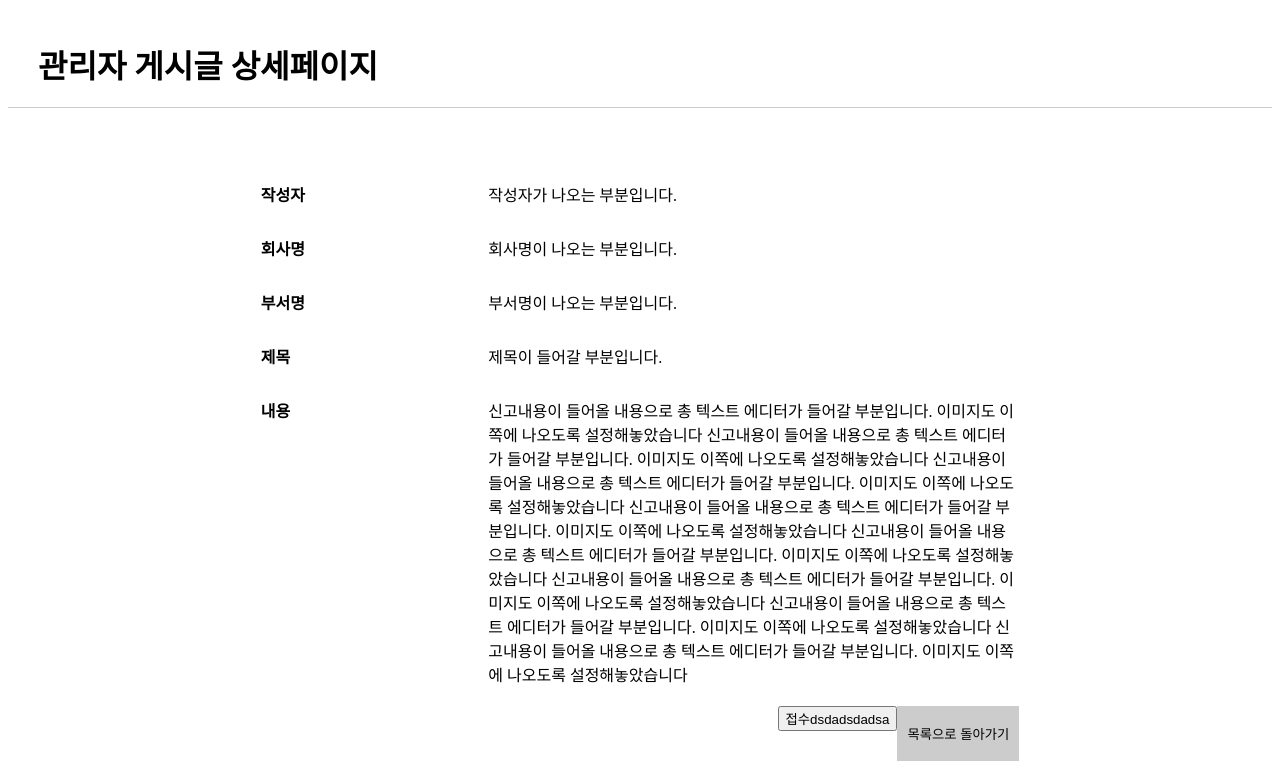
Repository: thdtjdgml415/exVoc
Page: /AdminView/1
The author's editor kept a copy of each file at every save. The page is drawn from the files as they stood at one save, then again after the next save.
The browser window is 1280 px wide. The pictures show the whole page.
The project was rebuilt for these pictures with package versions that can differ from the ones it lists, and the page was loaded fresh each time. Also part of the build but not shown: src/components/table/CommonTable.css, src/components/table/CommonTable.js, src/components/table/CommonTableColumn.js, src/components/table/CommonTableRow.js, src/components/table/CommonTableWriteBtn.js, src/Page/PostList.js, src/Page/PostMain.js, src/Page/PostView.js and 4 more.

Above is the page before, as saved 2023-01-13 16:04:10.

### public/index.html
<!DOCTYPE html>
<html lang="en">
<head>
  <meta charset="UTF-8">
  <meta http-equiv="X-UA-Compatible" content="IE=edge">
  <meta name="viewport" content="width=device-width, initial-scale=1.0">
  <title>게시판</title>
</head>
<body>
  <div id="root"></div>
</body>
</html>

### src/App.js
import { BrowserRouter, Routes,  Route } from 'react-router-dom';
import PostMain from './Page/PostMain';
import PostView from './Page/PostView';
import Registration from './Page/Registration';
import AdminList from './Page/AdminList';
import AdminView from './Page/AdminView';

function App() {
  return (
    <div className='App'>
      <BrowserRouter>
        <Routes>
          <Route path='/' element={<Registration/>}/>
          <Route path='/postView/:no' element={<PostView/>}/>
          <Route path='/PostMain' element= {<PostMain/>}/>
          <Route path='/Page/AdminList' element= {<AdminList/>}/>
          <Route path='/AdminView/:no' element= {<AdminView/>}/>
        </Routes>
      </BrowserRouter>
    </div>
  )
}

export default App;

### src/Page/AdminView.js
import React, { useEffect, useState } from 'react';
import { useNavigate, useParams } from 'react-router';
import { getPostByNo } from '../Data';
import './Post.css'
import '../components/modal/common.css'
import AcceptModal from '../components/modal/AcceptModal'


const AdminView = ({ }) => {
  const [ data, setData ] = useState({});
  const navigator = useNavigate();
  const { no } = useParams();

  const [adminViewModal, setAdminViewModal] = useState(false);

  const openModal = () => {
    setAdminViewModal(true);
  };
  const closeModal = () => {
    setAdminViewModal(false);
  };

    useEffect(() => {
      setData(getPostByNo(no));
    }, [ ]);

  return (
    <>
      <h1>관리자 게시글 상세페이지</h1>
      <div className="post-view-wrapper">
          <>
            <div className="post-view-row">
              <label>작성자</label>
              <label>작성자가 나오는 부분입니다.</label>
            </div>
            <div className="post-view-row">
              <label>회사명</label>
              <label>회사명이 나오는 부분입니다.</label>
            </div>
            <div className="post-view-row">
              <label>부서명</label>
              <label>부서명이 나오는 부분입니다.</label>
            </div>
            <div className="post-view-row">
              <label>제목</label>
              <label>제목이 들어갈 부분입니다.</label>
            </div>
            <div className="post-view-row">
              <label>내용</label>
              <label>
                신고내용이 들어올 내용으로 총 텍스트 에디터가 들어갈 부분입니다. 이미지도 이쪽에 나오도록 설정해놓았습니다
                신고내용이 들어올 내용으로 총 텍스트 에디터가 들어갈 부분입니다. 이미지도 이쪽에 나오도록 설정해놓았습니다
                신고내용이 들어올 내용으로 총 텍스트 에디터가 들어갈 부분입니다. 이미지도 이쪽에 나오도록 설정해놓았습니다
                신고내용이 들어올 내용으로 총 텍스트 에디터가 들어갈 부분입니다. 이미지도 이쪽에 나오도록 설정해놓았습니다
                신고내용이 들어올 내용으로 총 텍스트 에디터가 들어갈 부분입니다. 이미지도 이쪽에 나오도록 설정해놓았습니다
                신고내용이 들어올 내용으로 총 텍스트 에디터가 들어갈 부분입니다. 이미지도 이쪽에 나오도록 설정해놓았습니다
                신고내용이 들어올 내용으로 총 텍스트 에디터가 들어갈 부분입니다. 이미지도 이쪽에 나오도록 설정해놓았습니다
                신고내용이 들어올 내용으로 총 텍스트 에디터가 들어갈 부분입니다. 이미지도 이쪽에 나오도록 설정해놓았습니다
              </label>
            </div>
          </>
        <div className='post-view-btn-wrap'>
          <React.Fragment>
              <div className="btn">
                <button className="registBtn__admin" onClick={openModal}>
                  접수dsdadsdadsa
                </button>
                <AcceptModal open={adminViewModal} close={closeModal}>
                  접수하시겠습니까?
                </AcceptModal>
              </div>
          </React.Fragment>
          <button className="post-view-go-list-btn" onClick={() => navigator(-1)}>목록으로 돌아가기</button>
        </div>
      </div>
    </>
  )
}

export default AdminView;

### src/Data.js
const postList = [
    {
        "no": 1,
        "title": "첫번째 게시글입니다.",
        "content": "첫번째 게시글 내용입니다.",
        "createDate": "2023-01-12"
      },
      {
        "no": 2,
        "title": "두번째 게시글입니다.",
        "content": "두번째 게시글 내용입니다.",
        "createDate": "2023-01-12"
      },
      {
        "no": 3,
        "title": "세번째 게시글입니다.",
        "content": "세번째 게시글 내용입니다.",
        "createDate": "2023-01-12"
      },
      {
        "no": 4,
        "title": "네번째 게시글입니다.",
        "content": "네번째 게시글 내용입니다.",
        "createDate": "2023-01-12"
      },
      {
        "no": 5,
        "title": "다섯번째 게시글입니다.",
        "content": "다섯번째 게시글 내용입니다.",
        "createDate": "2023-01-12"
      },
]

const getPostByNo = no => {

    const array = postList.filter(x=>x.no===no);
    if(array.length == 1) {
        return array[1];
    }
    return null;
}

export {
    postList,
    getPostByNo
};

### src/Page/Post.css
.PostList-Wrap {
  padding-top: 10vw;

}

.post-view-wrapper {
    width: 60%;
    margin: 0 auto;
    margin-top: 5%;
  }
  .post-view-btn-wrap {
    display: flex;
    justify-content: flex-end;
  }
  .post-view-go-list-btn {
    border: 0;
    padding: 10px;
    background-color: #ccc;
  }

  .post-view-row {
    margin: 10px 0;
    display: flex;
  }

  .post-view-row > label:first-child {
    margin: 10px 0;
    width: 30%;
    font-weight: bold;
  }

  .post-view-row > *:nth-child(2) {
    margin: 10px 0;
    width: 70%;
  }

  .registBtn__admin {

  }

### src/components/modal/common.css
#container {
  display: flex;
  flex: 1;
  justify-content: center;
}

html {
  background-color: white;
}

h3 {
  padding: 0;
  -webkit-text-size-adjust: none;
}

h1 {
  padding: 20px 30px;

  border-bottom: 1px solid #ccc;

}

### src/Page/registration.css
.titleCon {
  margin-right: 25px;
}

.titleCon2 {
  margin-right: 10px;
}

.titleCon3 {
  margin-right: 42px;
}

.ck.ck-editor__editable:not(.ck-editor__nested-editable) {
  min-height: 400px;
  margin-bottom: 20px;
}

.btn {
  display: flex;
  justify-content: flex-end;
  margin-bottom: 30px;
}

.registBtn {
  margin-right: 10px;
}

.checkBtn {
  margin-left: 50px;
  margin-top: 30px;

}

.modalInput {
  margin-left: 20px;
}

.modalInput2 {
    margin-left: 6px;
  }

  .Post-write-wrap {
    display: flex;


  }
  .container__wrap {
    border: 1px solid #ccc;
    margin-left: 23%;
    padding: 10px 40px;
  }

### src/components/modal/AcceptModal.js
import React from "react";
import "../modal/modal.css";

const AcceptModal = (props) => {
  const { open, close } = props;

  return (
    <div className={open ? "openModal modal" : "modal"}>
      {open ? (
        <section>
          <main>{props.children}</main>
          <footer>
            <button className="ok">
             <a href="../../Page/AdminList" style={{color: 'white', textDecoration: 'none'}}>확인</a>
            </button>
            <button className="close" onClick={close}>
              취소
            </button>
          </footer>
        </section>
      ) : null}
    </div>
  );
};

export default AcceptModal;

### src/components/modal/modal.css
.modal {
  display: none;
  position: fixed;
  top: 0;
  right: 0;
  bottom: 0;
  left: 0;
  z-index: 99;
  background-color: rgba(0, 0, 0, 0.6);
}
.modal button {
  outline: none;
  cursor: pointer;
  border: 0;
}
.modal > section {
  width: 90%;
  max-width: 450px;
  margin: 0 auto;
  border-radius: 0.3rem;
  background-color: #fff;
  animation: modal-show 0.3s;
  overflow: hidden;
}

.modal > section > main {
  padding: 22px;
}
.modal > section > footer {
  padding: 18px 17px;
  text-align: right;
}
.modal > section > footer .close {
  padding: 6px 12px;
  color: #fff;
  background-color: #6c757d;
  border-radius: 5px;
  font-size: 13px;
}

.modal > section > footer .ok {
    padding: 6px 12px;
    color: #fff;
    background-color: #6c757d;
    border-radius: 5px;
    font-size: 13px;
    margin-right: 5px;
  }
.modal.openModal {
  display: flex;
  align-items: center;
  animation: modal-bg-show 0.3s;
}

Loaded but not shown: src/index.js (common file)

After the next save:
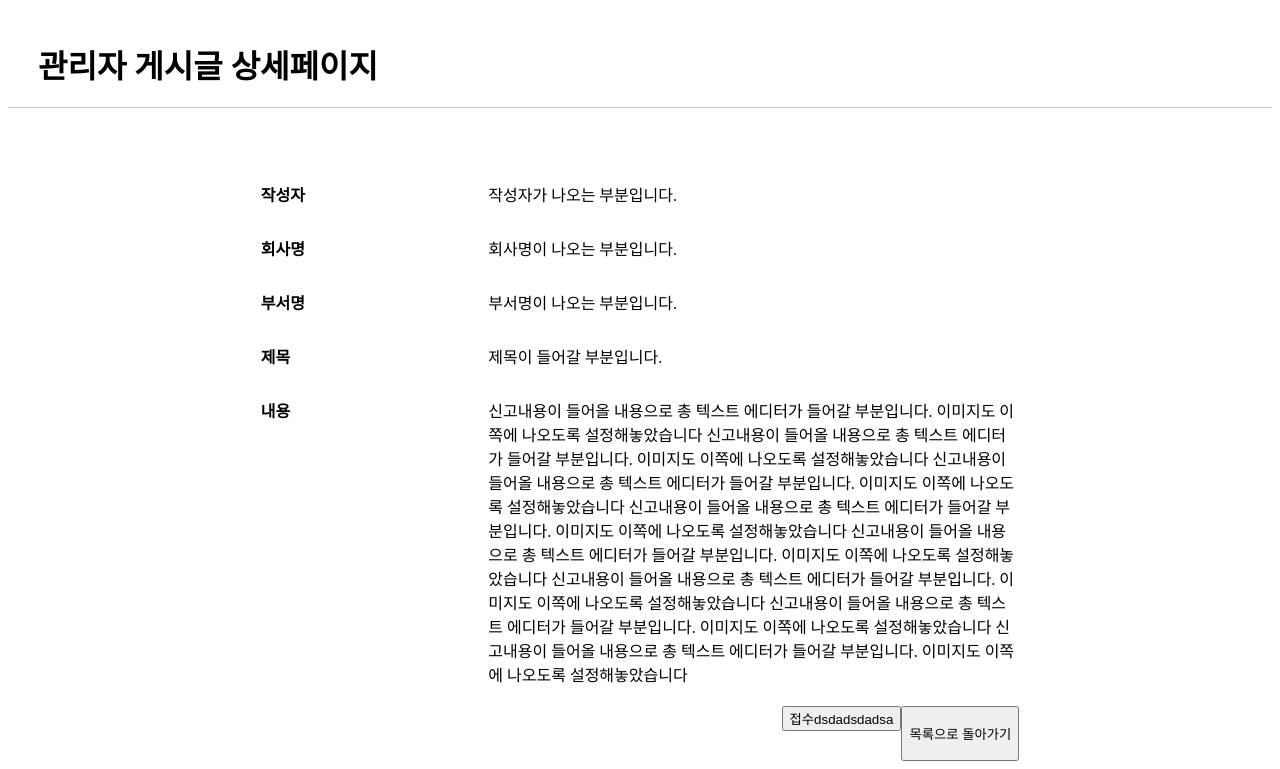
Saved 9 s later.
--- a/src/Page/AdminView.js
+++ b/src/Page/AdminView.js
@@ -70,7 +70,7 @@
                 </AcceptModal>
               </div>
           </React.Fragment>
-          <button className="post-view-go-list-btn" onClick={() => navigator(-1)}>목록으로 돌아가기</button>
+          <button onClick={() => navigator(-1)}>목록으로 돌아가기</button>
         </div>
       </div>
     </>

After the 3 saves that followed:
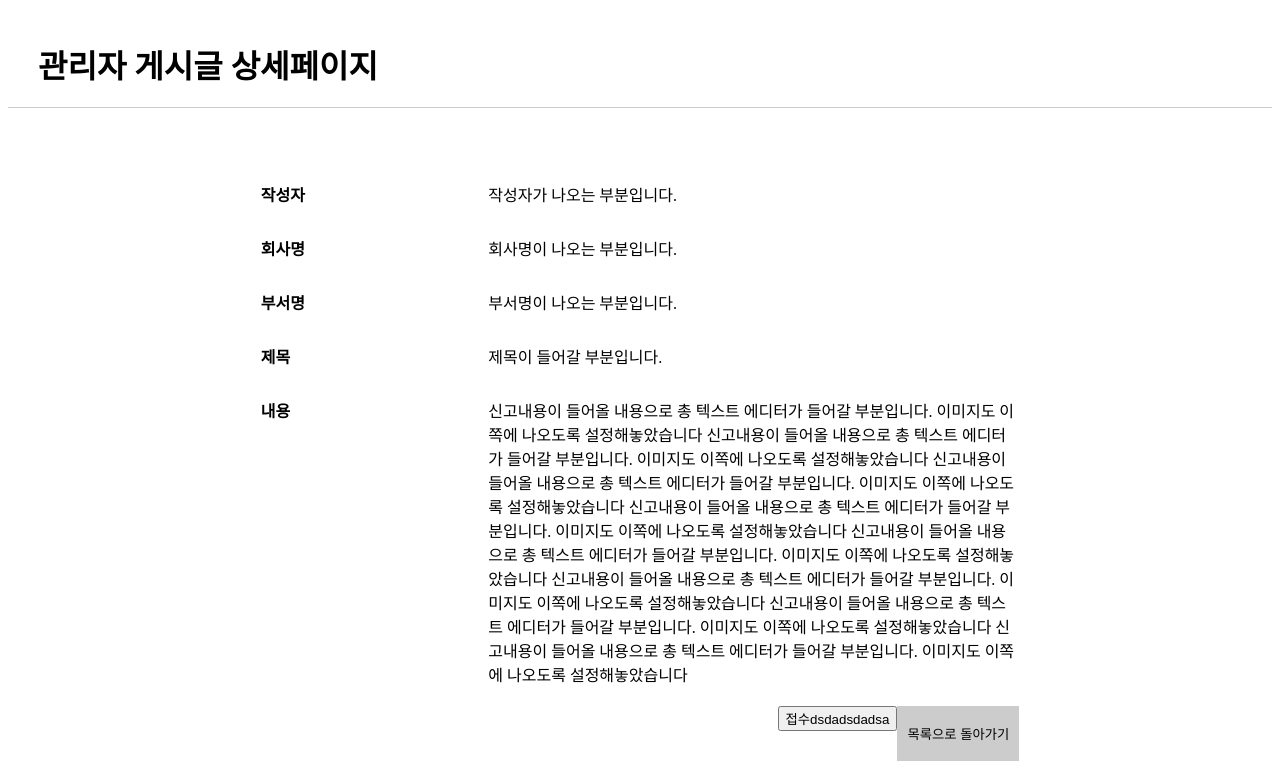
The 3 saves are shown as one change because 1 left the picture as it was and some came seconds apart.
The last was saved 24 s later.
--- a/src/Page/AdminView.js
+++ b/src/Page/AdminView.js
@@ -70,7 +70,7 @@
                 </AcceptModal>
               </div>
           </React.Fragment>
-          <button onClick={() => navigator(-1)}>목록으로 돌아가기</button>
+          <button className="post-view-go-list-btn" onClick={() => navigator(-1)}>목록으로 돌아가기</button>
         </div>
       </div>
     </>
